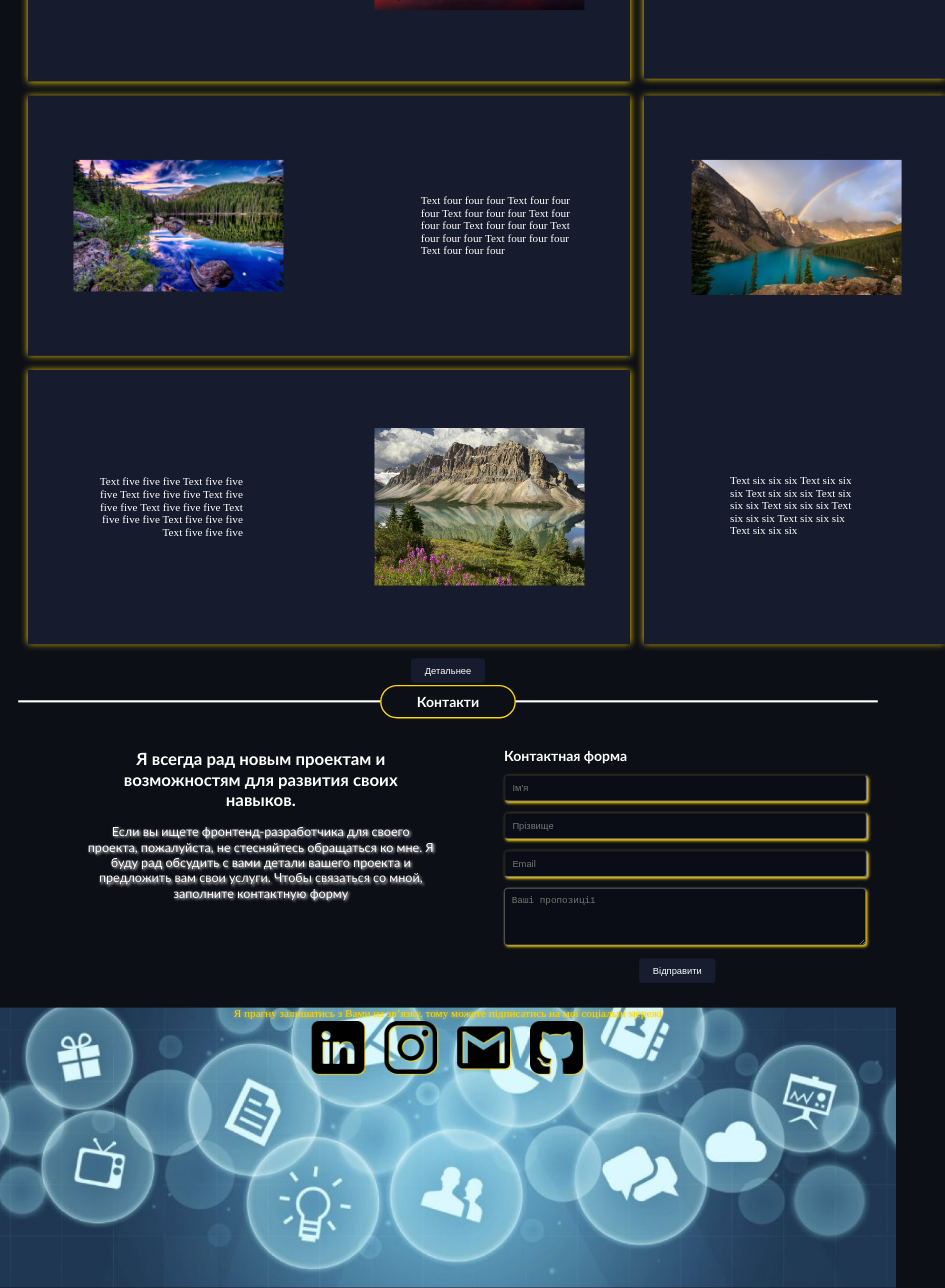
Repository: qtqqrdy13/cv-2
Page: index.html
These files come from the project's save history. The page is drawn as it stood at one moment and after the next save; the edit follows.
The browser window is 1280 px wide. The page is 1350 px wide, so the pictures cover 1350 px, including what lies to the right of the window. The pictures show the part of the page from y = 3628 to 5468 px (the page is 5468 px tall), at 70% of full size.

Above is the page before, as saved 2023-10-16 15:26:01.

### index.html
<!DOCTYPE html>
<html lang="en">

<head>
    <link rel="stylesheet" href="main.css">
    <meta charset="UTF-8">
    <meta name="viewport" content="width=device-width, initial-scale=1.0">
    <title>Батуров Олексій</title>
</head>

<body>
    <!--Navigation-->
    <header>
        <div class="logo">
            <img src="../cv 2/image/media/logo.png" alt="logo">
        </div>
        <nav>
            <ul>
                <li><a href="">Головна</a></li>
                <li><a href="#about">Про мене</a></li>
                <li><a href="#skills">Мої скіли</a></li>
                <li><a href="#portfolio">Портфоліо</a></li>
                <li><a href="">Контакти</a></li>
            </ul>
        </nav>
    </header>
    <!--Navigation-->

    <!--Two images-->
    <div class="container-top">
        <div class="img-container">
            <img class="img-1" src="../cv 2/image/code.gif" alt="">
            <img class="img-2" src="../cv 2/image/photo_2023-09-09_18-51-06.jpg" alt="">
        </div>
        <!--Two images-->

        <!--About Oleksiy-->
        <div class="container-text">
            <div id="about"></div>
            <div class="text-block">
                <h1>Олексій Батуров</h1>
            </div>
        </div>
    </div>
    <div class="description">
        <p>Я професіонал, чия пристрасть до веб-розробки
            помітна в кожному рядку коду, який я створюю.
            За час моєї практики я набув глибоких знань у
            різних галузях веб-технологій, включаючи HTML,
            CSS, JavaScript, а також популярні фреймворки
            та бібліотеки. Мої навички дозволяють мені
            створювати унікальні та сучасні веб-сайти,
            які поєднують у собі функціональність, стиль
            та оптимальну продуктивність. </p>
    </div>
    <!--About Oleksiy-->

    <!--Edge-->
    <div id="about_us">
        <div class="announcement">
            <h2 class="title">
                Скіли
            </h2>
        </div>
    </div>
    <!--Edge-->

    <!--Skills-->
    <div id="skills"></div>
    <div class="container">
        <div class="row">
            <div class="block">
                <h2>Скіли Дизайнера</h2>
                <div class="content">
                    <ul>
                        <li>Figma</li>
                        <li>Photoshop</li>
                        <li>Illustrator</li>
                        <li>Scratch</li>
                        <li>AdobeXD</li>
                        <li>Corel Draw</li>
                    </ul>
                </div>
            </div>
            <div class="block">
                <h2>Скіли Front-End розробника</h2>
                <div class="content">
                    <ul>
                        <li>HTML</li>
                        <li>CSS</li>
                        <li>JavaScript</li>
                        <li>ReactJS</li>
                        <li>ReactNative</li>
                        <li>AngularJS</li>
                        <li>NodeJS</li>
                        <li>VueJS</li>
                        <li>JQuerry</li>
                        <li>TypeScript</li>
                        <li>PHPMyAdmin</li>
                    </ul>
                </div>
            </div>
            <div class="block">
                <h2>Володіння CMS - платформами</h2>
                <div class="content">
                    <ul>
                        <li>WordPress</li>
                        <li>OpenCard</li>
                        <li>Joomla</li>
                        <li>Drupal</li>
                        <li>TYPEO3</li>
                    </ul>
                </div>
            </div>
        </div>
    </div>
    <!--Skills-->

    <!--Edge-->
    <div id="about_us">
        <div class="announcement">
            <h2 class="title">
                Портфоліо
            </h2>
        </div>
    </div>
    <!--Edge-->

    <!--Portfolio-->
    <div class="angry-grid">
        <div id="portfolio"></div>
        <div id="item-0">
            <img src="../cv 2/image/media/1.jpg" alt="Image 0" />
            <p>Text one one one Text one one one Text one one one Text one one one
                Text one one one Text one one one Text one one one Text one one one
            </p>
        </div>
        <div id="item-1">
            <img src="../cv 2/image/media/2.jpg" alt="Image 1" />
            <p>Text two two two Text two two two Text two two two Text two two two
                Text two two two Text two two two Text two two two Text two two two
            </p>
        </div>
        <div id="item-2">
            <div class="content-container">
                <p>Text three three three Text three three three Text three three three
                    Text three three three Text three three three Text three three three
                </p>
                <img src="../cv 2/image/media/3.jpg" alt="Image 2" />
            </div>
        </div>
        <div id="item-3">
            <img src="../cv 2/image/media/4.jpg" alt="Image 3" />
            <p>Text four four four Text four four four Text four four four Text four four four
                Text four four four Text four four four Text four four four Text four four four
            </p>
        </div>
        <div id="item-4">
            <div class="content-container">
                <p>Text five five five Text five five five Text five five five Text five five five
                    Text five five five Text five five five Text five five five Text five five five
                </p>
                <img src="../cv 2/image/media/5.jpg" alt="Image 4" />
            </div>
        </div>
        <div id="item-5">
            <img src="../cv 2/image/media/6.jpg" alt="Image 5" />
            <p>Text six six six Text six six six Text six six six Text six six six
                Text six six six Text six six six Text six six six Text six six six
            </p>
        </div>
    </div>

    <div class="detail-button">
        <button>Детальнее</button>
    </div>
    <!--Portfolio-->
    <!--Edge-->
    <div id="about_us">
        <div class="announcement">
            <h2 class="title">
                Контакти
            </h2>
        </div>
    </div>
    <!--Edge-->
    </div>
    <div class="container_contact">
        <div class="text">
            <h2>Я всегда рад новым проектам и возможностям для развития своих навыков. </h2>
            <p>Если вы ищете фронтенд-разработчика для своего проекта, пожалуйста, не стесняйтесь обращаться ко мне. Я
                буду рад обсудить с вами детали вашего проекта и предложить вам свои услуги.

                Чтобы связаться со мной, заполните контактную форму</p>
        </div>
        <div class="form">
            <h2>Контактная форма</h2>
            <form method="post">
                <div class="form-group">
                    <input type="text" id="name" name="name" placeholder="Ім'я" required>
                </div>
                <div class="form-group">
                    <input type="text" id="secondname" name="secondname" placeholder="Прізвище" required>
                </div>
                <div class="form-group">
                    <input type="text" id="email" name="email" placeholder="Email">
                </div>
                <div class="form-group">
                    <textarea id="message" name="message" rows="4" placeholder="Ваші пропозиції" required></textarea>
                </div>
                <div class="form-group">
                    <button type="submit">Відправити</button>
                </div>
            </form>
        </div>
    </div>
    <footer>
        <div class="social_icons">
            <div class="icons_text">
                <p>Я прагну залишатись з Вами на зв’язку, тому можете підписатись на мої соціальні мережі</p>
            </div>
            <div class="icons_conteiner"></div>
            <a href="" class="icon">
                <img src="./image/icons/linkedin 1.png" alt="">
            </a>
            <a href="" class="icon">
                <img src="./image/icons/instagram 1.png" alt="">
            </a>
            <a href="" class="icon">
                <img src="./image/icons/gmail-logo 1.png" alt="">
            </a>
            <a href="" class="icon">
                <img src="./image/icons/github-sign 1.png" alt="">
            </a>
        </div>
        </div>

    </footer>
</body>

</html>

### main.css
body {
    background-color: #0d0f17;
    margin: 0;
    padding: 0;

}

/*Navigation*/
header {
    background-color: #161C2E;
    color: white;
    padding: 10px 0px;
    position: fixed;
    top: 0;
    width: 100%;
    display: flex;
    justify-content: space-between;
    align-items: center;
    z-index: 1000;
}

.logo img {
    height: 50px;
    margin-left: 50px;
}

nav ul {
    list-style: none;
    margin-right: 50px;
}

nav li {
    display: inline;
    margin-right: 50px;
    position: relative; /* Добавляем позицию относительно элементов меню */
}

nav a {
    text-decoration: none;
    color: white;
    font-weight: bold;
    font-size: 18px;
}

nav a:hover {
    color: gold;
    font-size: 18px;
    text-shadow: 0 0 10px gold;
    transform: scale(1.05);
    transition: transform 0.6s ease-in-out;
}

/* Добавляем стили для анимации */
nav li::before {
    content: "";
    position: absolute;
    width: 100%;
    height: 2px;
    background-color: gold;
    bottom: 0;
    left: 0;
    transform: scaleX(0); /* Изначально нулевая ширина */
    transform-origin: right;
    transition: transform 0.3s ease-in-out;
}

nav li::after {
    content: "";
    position: absolute;
    width: 100%;
    height: 2px;
    background-color: gold;
    bottom: 0;
    right: 0;
    transform: scaleX(0); /* Изначально нулевая ширина */
    transform-origin: left;
    transition: transform 0.3s ease-in-out;
}

nav li:hover::before,
nav li:hover::after {
    transform: scaleX(1); /* Увеличиваем ширину до 100% */
}


/*Two images*/
.container-top {
    display: flex;
    flex-direction: column;
    align-items: center;
    width: 100%;
    overflow: visible;
    position: relative;
}

.img-container {
    width: 100%;
    max-width: 100vw;
    position: relative;
    overflow: visible;
    order: 1;
}

.img-1 {
    width: 100%;
    height: 500px;
    position: relative;
}
.img-1:hover{
    animation: slideUp 2s ease-in-out infinite alternate;
}

.img-2 {
    width: 400px;
    height: 400px;
    max-width: 100%;
    position: absolute;
    top: calc(60% + 10%);
    left: 50%;
    transform: translateX(-50%);
    z-index: 2;
    border-radius: 50%;
    transition: transform 0.5s ease;
}

.img-2:hover {
    transform: translateX(-50%) rotate(360deg);
    animation: spin 2s linear infinite;
}

@keyframes spin {
    0% { transform: translateX(-50%) rotate(0deg); }
    100% { transform: translateX(-50%) rotate(360deg); }
}

@keyframes slideUp {
    0% {
        transform: translateY(0);
    }

    100% {
        transform: translateY(-20px);
    }
}

@media screen and(max-width: 768px) {
    .container {
        padding: 2px;
    }

    .img-1,
    .img-2 {
        height: auto;
    }
}

/*About Oleksiy*/
.container-text {
    display: flex;
    flex-direction: column;
    align-items: center;
    justify-content: center;
    height: 100vh;
    order: 2;
}

.text-block {
    width: 530px;
    height: 214px;
    font-size: 60px;
    text-align: center;
    color: white;
    animation: fadeIn 2s ease-in-out;
    margin: 0 auto;
}

.description {
    width: 700px;
    height: 256px;
    text-align: center;
    color: white;
    animation: slideIn 2s ease-in-out;
    margin: 0 auto;
    margin-bottom: 10%;
}

@keyframes fadeIn {
    0% {
        opacity: 0;
    }

    100% {
        opacity: 1;
    }
}

@keyframes slideIn {
    0% {
        transform: translateY(-20px);
        opacity: 0;
    }

    100% {
        transform: translateY(0);
        opacity: 1;
    }
}

/* Адаптация для мелких скринов */
@media (max-width: 600px) {
    .text-block {
        font-size: 36px;
    }

    .description {
        font-size: 18px;
    }
}

/* Адаптация для планшей */
@media (min-width: 601px) and (max-width: 1024px) {
    .text-block {
        font-size: 48px;
    }

    .description {
        font-size: 24px;
    }
}

@media (min-width: 1025px) {
    .text-block {
        font-size: 72px;
    }

    .description {
        font-size: 30px;
    }
}

/*Edge*/
.announcement {
    height: 3px;
    background-color: white;
    display: flex;
    justify-content: center;
    align-items: center;
    margin: 2% 2%;
}

.title {
    animation-name: fade-in;
    animation-duration: 0.3s;
    text-align: center;
    text-decoration: none;
    color: white;
    border: 2px solid gold;
    background-color: #0d0f17;
    border-radius: 30px;
    padding: 10px 50px;
}

.title:hover {

    color: gold;
    font-size: 26px;
    box-shadow: 0 0 6px gold;
}

@keyframes fade-in {
    from {
        opacity: 0;
    }

    to {
        opacity: 1;
    }
}

/*Skills*/
.container {
    display: flex;
    flex-direction: column;
    align-items: center;
}

.row {
    display: flex;
    flex-wrap: wrap;
    justify-content: space-between;
}

.block {
    border: 2px solid gold;
    margin: 10px;
    padding: 20px;
    animation: fade-in 1s ease-in-out;
    width: calc(50% - 20px);
    height: 400px;
    box-shadow: 1px 1px 6px gold;
    text-align: center;
    box-sizing: border-box;
    display: flex;
    flex-direction: column;
    justify-content: flex-start;
    align-items: center;
}

.block:hover {
    box-shadow: 2px 2px 12px gold;
}

h2 {
    font-size: 20px;
    font-family: 'Trebuchet MS', 'Lucida Sans Unicode', 'Lucida Grande', 'Lucida Sans', Arial, sans-serif;
    margin-top: 10px 0 0 0;
    color: white;
}

.content {
    display: flex;
    flex-direction: column;
    align-items: center;
    justify-content: center;
    height: 100%;
}

.content ul {
    list-style-type: square;
    padding-left: 20px;
    margin: 0;
}

h2:hover {
    font-size: 21px;
    text-shadow: 0px 0px 12px white;
}

.content li {
    font-size: 18px;
    color: white;
}

.content li:hover {
    font-size: 19px;
    text-shadow: 0px 0px 12px white;
}

@keyframes fade-in {
    0% {
        opacity: 0;
    }

    100% {
        opacity: 1;
    }
}

@media screen and (max-width: 1024px) {
    .block {
        padding: 10px;
        width: calc(50% - 20px);
        height: 250px;
    }

    .block h2 {
        font-size: 18px;
    }

    .content li {
        font-size: 16px;
    }
}

@media screen and (max-width: 750px) {
    .block {
        padding: 10px;
        width: calc(50% - 20px);
        height: 200px;
    }

    .block h2 {
        font-size: 16px;
    }

    .content li {
        font-size: 14px;
    }
}


@media screen and (min-width: 1200px) {
    .block {
        width: 400px;
        height: 400px;
    }

    .row {
        justify-content: center;
        width: calc(65% - 10px)
    }
}

/*Portfolio*/
.angry-grid {
    display: grid;
    grid-template-rows: 1fr 1fr 1fr 1fr;
    grid-template-columns: 1fr 1fr 1fr 1fr 1fr;
    margin: 0 auto;
    max-width: 1200px;
    padding: 0 15px;
}

#item-0 {
    background-color: #161C2E;
    grid-row-start: 1;
    grid-column-start: 1;
    grid-row-end: 2;
    grid-column-end: 3;
    margin-bottom: 20px;
    width: 860px;
    height: 370px;
    box-shadow: 0 0 10px gold;
    display: grid;
    grid-template-columns: 3fr 1fr;
    align-items: center;
    transition: transform 0.6s ease-in-out;
}

#item-0:hover {
    box-shadow: 0 0 18px gold;
    border-radius: 10px;
    transform: scale(1.05);
}

#item-0 img {
    max-width: 300px;
    max-height: 300px;
    margin-left: 65px;
}

#item-0 p {
    margin-right: 90px;
    margin-left: -90px;
    color: white;
}

#item-1 {
    background-color: #161C2E;
    grid-row-start: 1;
    grid-column-start: 3;
    grid-row-end: 3;
    grid-column-end: 4;
    margin-left: 20px;
    width: 430px;
    height: 760px;
    box-shadow: 0 0 10px gold;
    display: grid;
    grid-template-columns: 1fr;
    grid-template-rows: 1fr auto;
    align-items: center;
    justify-items: center;
    transition: transform 0.6s ease-in-out;
}

#item-1:hover {
    box-shadow: 0 0 18px gold;
    border-radius: 10px;
    transform: scale(1.05);
}

#item-1 img {
    max-width: 300px;
    max-height: 300px;
    margin-top: -100px;

}

#item-1 p {
    margin-right: 90px;
    margin-bottom: 125px;
    margin-left: 100px;
    color: white;
    padding: 20px;
}

#item-2 {
    background-color: #161C2E;
    grid-row-start: 2;
    grid-column-start: 1;
    grid-row-end: 3;
    grid-column-end: 3;
    margin-bottom: 20px;
    box-shadow: 0 0 10px gold;
    display: grid;
    grid-template-columns: 1fr;
    align-items: center;
    transition: transform 0.6s ease-in-out;
}

#item-2 .content-container {
    display: flex;
    flex-direction: row;
    align-items: center;
    justify-content: space-between;
}

#item-2 img {
    max-width: 300px;
    max-height: 300px;
    margin-right: 65px;
}

#item-2 p {
    flex: 1;
    margin-right: 20px;
    color: white;
    text-align: right;
    margin-right: 100px;
    padding: 94px;
}

#item-2:hover {
    box-shadow: 0 0 18px gold;
    border-radius: 10px;
    transform: scale(1.05);
}

#item-3 {
    background-color: #161C2E;
    grid-row-start: 3;
    grid-column-start: 1;
    grid-row-end: 4;
    grid-column-end: 3;
    margin-bottom: 20px;
    box-shadow: 0 0 10px gold;
    display: flex;
    align-items: center;
    justify-content: center;
    transition: transform 0.6s ease-in-out;
}

#item-3:hover {
    box-shadow: 0 0 18px gold;
    border-radius: 10px;
    transform: scale(1.05);
}

#item-3 img {
    max-width: 300px;
    max-height: 300px;
    margin-left: 65px;
}

#item-3 p {
    margin-right: -50px;
    margin-left: 71px;
    color: white;
    padding: 125px;
}

#item-4 {
    background-color: #161C2E;
    grid-row-start: 4;
    grid-column-start: 1;
    grid-row-end: 5;
    grid-column-end: 3;
    box-shadow: 0 0 10px gold;
    display: grid;
    grid-template-columns: 1fr auto;
    align-items: center;
    transition: transform 0.6s ease-in-out;
}

#item-4 .content-container {
    display: flex;
    flex-direction: row;
    align-items: center;
    justify-content: space-between;
    flex-wrap: nowrap;
}

#item-4 img {
    max-width: 300px;
    max-height: 300px;
    margin-right: 65px;
}

#item-4 p {
    color: white;
    text-align: right;
    margin-right: 129px;
    margin-left: 43px;
    padding: 59px;
}

#item-4:hover {
    box-shadow: 0 0 18px gold;
    border-radius: 10px;
    transform: scale(1.05);
}

#item-5 {
    background-color: #161C2E;
    grid-row-start: 3;
    grid-column-start: 3;
    grid-row-end: 5;
    grid-column-end: 4;
    margin-left: 20px;
    box-shadow: 0 0 10px gold;
    display: grid;
    grid-template-rows: 1fr auto;
    justify-content: center;
    align-items: center;
    align-content: space-between;
    transition: transform 0.6s ease-in-out;
}

#item-5 img {
    max-width: 300px;
    max-height: 300px;
    margin-top: -124px;
    margin-left: 68px;
}

#item-5 p {
    margin-right: 90px;
    margin-bottom: 130px;
    margin-left: 100px;
    color: white;
    padding: 23px;
}

#item-5:hover {
    box-shadow: 0 0 18px gold;
    border-radius: 10px;
    transform: scale(1.05);
}

@media (max-width: 768px) {
    .angry-grid {
        grid-template-columns: 1fr 1fr;
        max-width: 768px;
        margin-left: 0;
    }
}

@media (min-width: 1313px) {
    .angry-grid {
        max-width: 1313px;
        padding: 45px 20px;
    }
}

/* Стили для .detail-button */
.detail-button {
    text-align: center;
    margin-top: 20px;
}

.detail-button button {
    padding: 10px 20px;
    background-color: #161C2E;
    color: white;
    border: none;
    border-radius: 5px;
    cursor: pointer;
}

.detail-button button:hover {
    background-color: #161C2E;
    box-shadow: 0 0 12px white;
}
.container_contact {
    display: flex;
    justify-content: space-between;
    border-radius:15px;
    padding:0 45px;

}
.text h2{
    color:white;
    font-size:24px;

}
.text p{
    color:white;
    font-size:18px;
    font-family:'Trebuchet MS', 'Lucida Sans Unicode', 'Lucida Grande', 'Lucida Sans', Arial, sans-serif;
    text-shadow:2px 2px 4px white;
}
.text {
    flex: 1;
    padding:20px 80px;
    text-align: center;

}

.form {
    flex: 1;
    padding: 20px;
    border-radius: 5px;
    border:none;
}

.form-group {
    margin-bottom: 15px;
}

.form-group label {
    display: block;
    margin-bottom: 5px;
    font-weight: bold;

}

.form-group input[type="text"],
.form-group textarea {
    width: 100%;
    padding: 10px;
    border-radius: 5px;
    background-color:#0a0d15;
    box-shadow:2px 2px 4px gold;
}

.form-group button {
    background-color: #171d2f;
    display:flex;
    align-items: center;
    justify-content: center;
    color: #fff;
    border: none;
    padding: 10px 20px;
    border-radius: 5px;
    cursor: pointer;

    margin: 0 auto;
}

.form-group button:hover {
    box-shadow: 2px 2px 4px gold;


}
footer{
    margin: 0;
    width: 100%;
    height:400px;
    background-image:url('./image/icons/13123213213213213.png');
    position: relative;
    background-position: center center;
    display: flex;
    flex-direction: column;
    justify-self: center;
    align-items: center;
}
.social_icons{
    text-align: center;
}

.icons_conteiner{
    display: flex;
    justify-content:center;
    align-items: center;
}
.social_icons .icon{
    margin: 0 10px;
    text-decoration: none;
}
.social_icons img{
    width: 80px;
    height: 80px;
    transition:transform 0.6s ease-in-out;
}
.social_icons img:hover{
transform:scale(1.2);
}
.icons_text p {
    margin: 0;
    color:gold;
    text-shadow:0px 0px 6px gold;
}
.icons_conteiner a{
    text-decoration: none;
}

After the next save:
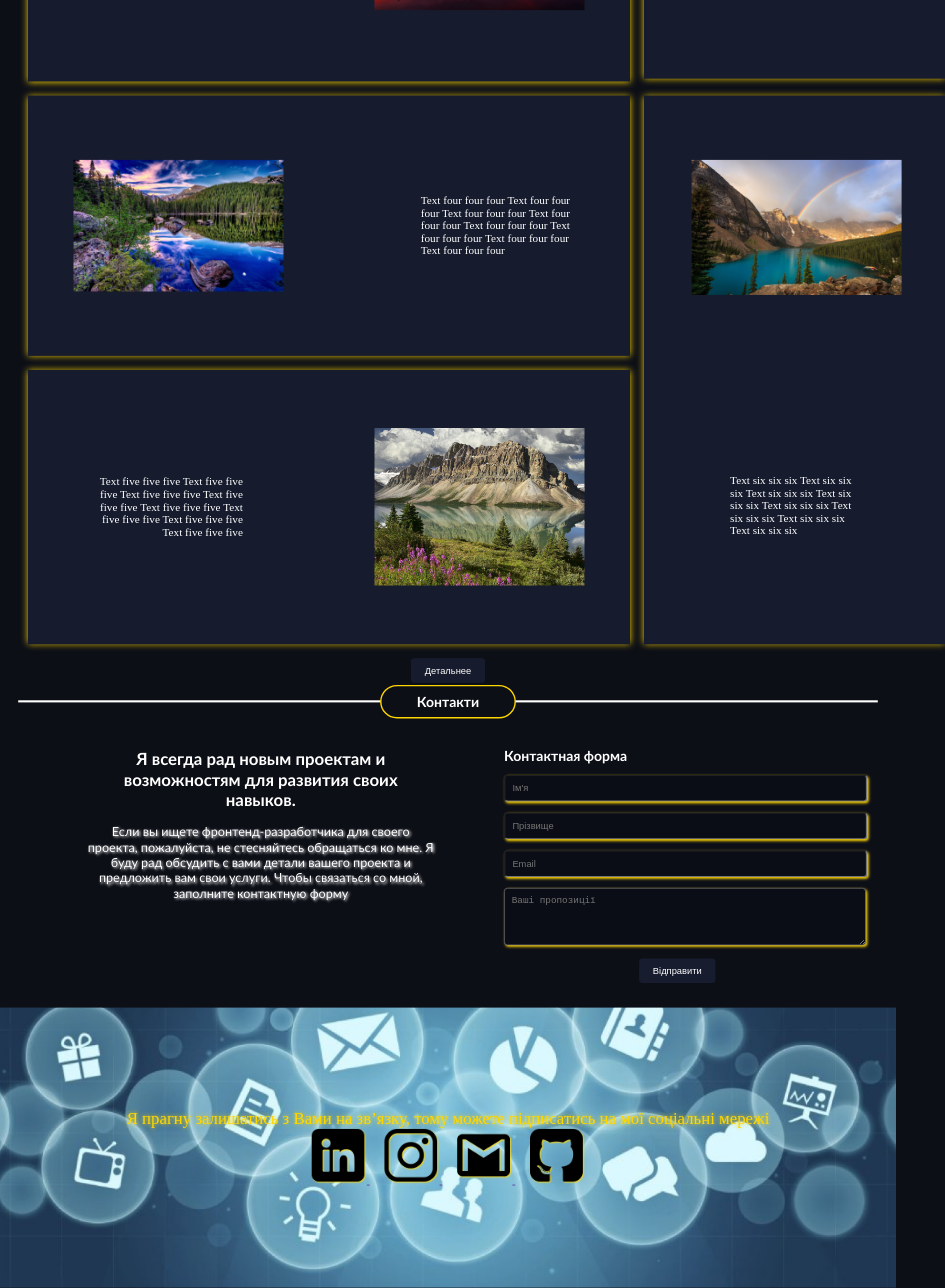
Saved 3 min 11 s later.
--- a/main.css
+++ b/main.css
@@ -742,44 +742,46 @@ h2:hover {
 
 
 }
-footer{
+footer {
     margin: 0;
     width: 100%;
-    height:400px;
-    background-image:url('./image/icons/13123213213213213.png');
+    height: 400px;
+    background-image: url('./image/icons/13123213213213213.png');
     position: relative;
     background-position: center center;
     display: flex;
     flex-direction: column;
-    justify-self: center;
-    align-items: center;
-}
-.social_icons{
+    justify-content: center;
+    align-items: center;
+}
+
+.social_icons {
     text-align: center;
 }
 
-.icons_conteiner{
-    display: flex;
-    justify-content:center;
-    align-items: center;
-}
-.social_icons .icon{
+.icons_container {
+    display: flex;
+    justify-content: center;
+    align-items: center;
+}
+
+.social_icons .icon {
     margin: 0 10px;
-    text-decoration: none;
-}
-.social_icons img{
+}
+
+.social_icons img {
     width: 80px;
     height: 80px;
-    transition:transform 0.6s ease-in-out;
-}
-.social_icons img:hover{
-transform:scale(1.2);
-}
+    transition: transform 0.6s ease-in-out;
+}
+
+.social_icons img:hover {
+    transform: scale(1.2);
+}
+
 .icons_text p {
     margin: 0;
-    color:gold;
-    text-shadow:0px 0px 6px gold;
-}
-.icons_conteiner a{
-    text-decoration: none;
-}
+    color: gold;
+    text-shadow: 0 0 6px gold;
+    font-size:24px;
+}
